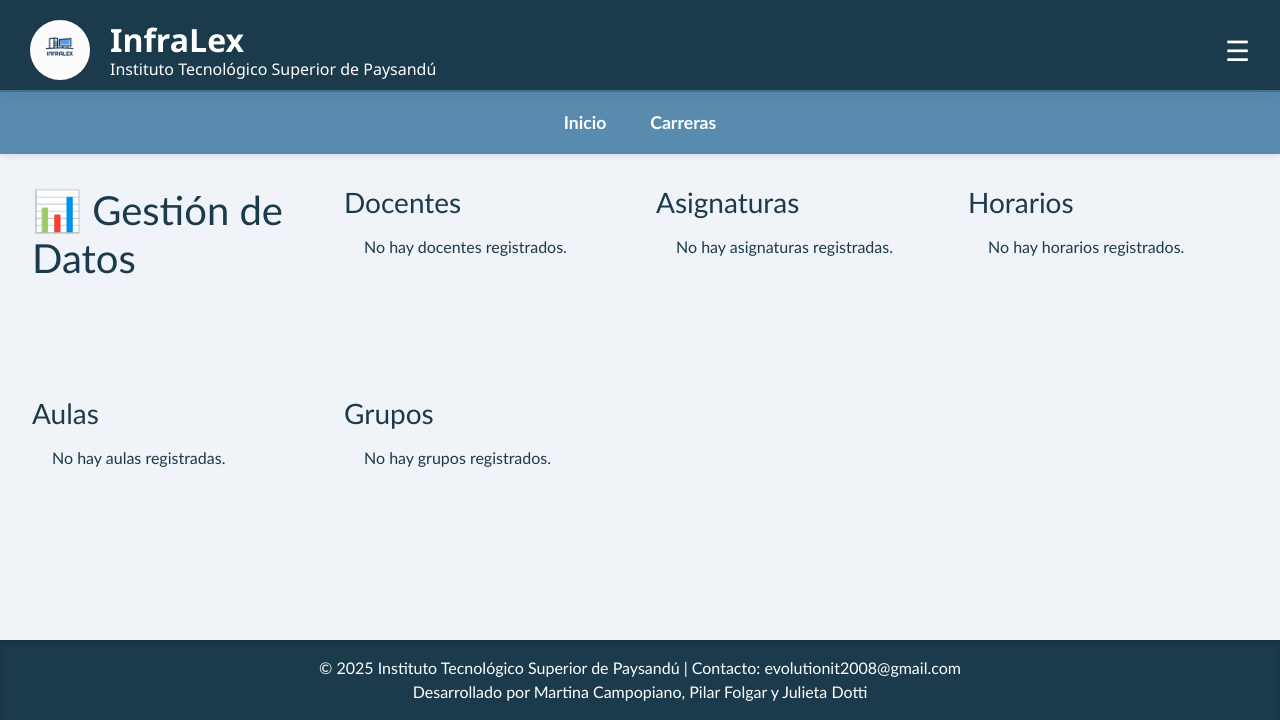
Repository: pilarfolgar/PROYECTO-2025
Page: http://localhost/PROYECTO-2025/indexadministrativoDatos.php
These files come from the project's save history. The page is drawn as it stood at one moment and after the next save; the edit follows.
The browser window is 1280 px wide. The pictures show the whole page.
The page is run by PHP 8.4 with error messages shown; the project is at /var/www/html/. Queries for data that is not in the repository find no rows.

Above is the page before, as saved 2025-10-20 08:12:08.

### indexadministrativoDatos.php
<?php
session_start();
require("conexion.php");
$con = conectar_bd();
?>

<!DOCTYPE html>
<html lang="es">
<head>
  <meta charset="UTF-8">
  <meta name="viewport" content="width=device-width, initial-scale=1.0">
  <title>Panel Administrativo - Gestión de Datos</title>
  <link rel="stylesheet" href="https://cdn.jsdelivr.net/npm/bootstrap@5.3.7/dist/css/bootstrap.min.css">
  <link rel="stylesheet" href="style.css">
      <link rel="stylesheet" href="styleindexadministrativo.css">

  <script src="https://cdn.jsdelivr.net/npm/bootstrap@5.3.7/dist/js/bootstrap.bundle.min.js"></script>
  <script src="https://cdn.jsdelivr.net/npm/sweetalert2@11"></script>
</head>
<body>
<?php require("header.php"); ?>

<main class="contenedor">
  <h1 class="mb-4">📊 Gestión de Datos</h1>

  <!-- DOCENTES -->
  <section class="mb-5">
    <h3>Docentes</h3>
    <?php
    $sql = "SELECT * FROM usuario WHERE rol='docente' ORDER BY nombrecompleto";
    $result = $con->query($sql);
    if($result && $result->num_rows > 0):
    ?>
    <div class="table-responsive">
      <table class="table table-bordered table-striped">
        <thead class="table-dark">
          <tr>
            <th>Cédula</th>
            <th>Nombre</th>
            <th>Apellido</th>
            <th>Email</th>
            <th>Teléfono</th>
            <th>Acciones</th>
          </tr>
        </thead>
        <tbody>
        <?php while($row = $result->fetch_assoc()): ?>
          <tr>
            <td><?= $row['cedula'] ?></td>
            <td><?= htmlspecialchars($row['nombrecompleto']) ?></td>
            <td><?= htmlspecialchars($row['apellido']) ?></td>
            <td><?= htmlspecialchars($row['email']) ?></td>
            <td><?= htmlspecialchars($row['telefono']) ?></td>
            <td>
              <a href="editar-docente.php?cedula=<?= $row['cedula'] ?>" class="btn btn-sm btn-primary">Editar</a>
              <a href="eliminar-docente.php?cedula=<?= $row['cedula'] ?>" class="btn btn-sm btn-danger" onclick="return confirm('¿Seguro que deseas eliminar este docente?');">Eliminar</a>
            </td>
          </tr>
        <?php endwhile; ?>
        </tbody>
      </table>
    </div>
    <?php else: ?>
      <p>No hay docentes registrados.</p>
    <?php endif; ?>
  </section>

  <!-- ASIGNATURAS -->
  <section class="mb-5">
    <h3>Asignaturas</h3>
    <?php
    $sql = "SELECT a.*, GROUP_CONCAT(u.nombrecompleto,' ',u.apellido SEPARATOR ', ') AS docentes_asignados
            FROM asignatura a
            LEFT JOIN docente_asignatura da ON a.id_asignatura = da.id_asignatura
            LEFT JOIN usuario u ON da.cedula_docente = u.cedula
            GROUP BY a.id_asignatura
            ORDER BY a.nombre";
    $result = $con->query($sql);
    if($result && $result->num_rows > 0):
    ?>
    <div class="table-responsive">
      <table class="table table-bordered table-striped">
        <thead class="table-dark">
          <tr>
            <th>ID</th>
            <th>Nombre</th>
            <th>Código</th>
            <th>Docentes</th>
            <th>Acciones</th>
          </tr>
        </thead>
        <tbody>
        <?php while($row = $result->fetch_assoc()): ?>
          <tr>
            <td><?= $row['id_asignatura'] ?></td>
            <td><?= htmlspecialchars($row['nombre']) ?></td>
            <td><?= htmlspecialchars($row['codigo']) ?></td>
            <td><?= htmlspecialchars($row['docentes_asignados'] ?? '—') ?></td>
            <td>
              <a href="editar-asignatura.php?id=<?= $row['id_asignatura'] ?>" class="btn btn-sm btn-primary">Editar</a>
              <a href="eliminar-asignatura.php?id=<?= $row['id_asignatura'] ?>" class="btn btn-sm btn-danger" onclick="return confirm('¿Seguro que deseas eliminar esta asignatura?');">Eliminar</a>
            </td>
          </tr>
        <?php endwhile; ?>
        </tbody>
      </table>
    </div>
    <?php else: ?>
      <p>No hay asignaturas registradas.</p>
    <?php endif; ?>
  </section>

  <!-- HORARIOS -->
  <section class="mb-5">
    <h3>Horarios</h3>
    <?php
    $sql = "SELECT h.*, a.nombre AS asignatura, g.nombre AS grupo
            FROM horarios h
            LEFT JOIN asignatura a ON h.id_asignatura = a.id_asignatura
            LEFT JOIN grupo g ON h.id_grupo = g.id_grupo
            ORDER BY h.dia, h.hora_inicio";
    $result = $con->query($sql);
    if($result && $result->num_rows > 0):
    ?>
    <div class="table-responsive">
      <table class="table table-bordered table-striped">
        <thead class="table-dark">
          <tr>
            <th>ID</th>
            <th>Asignatura</th>
            <th>Día</th>
            <th>Hora Inicio</th>
            <th>Hora Fin</th>
            <th>Grupo</th>
            <th>Clase</th>
            <th>Aula</th>
            <th>Acciones</th>
          </tr>
        </thead>
        <tbody>
        <?php while($row = $result->fetch_assoc()): ?>
          <tr>
            <td><?= $row['id_horario'] ?></td>
            <td><?= htmlspecialchars($row['asignatura'] ?? '—') ?></td>
            <td><?= $row['dia'] ?></td>
            <td><?= $row['hora_inicio'] ?></td>
            <td><?= $row['hora_fin'] ?></td>
            <td><?= htmlspecialchars($row['grupo'] ?? '—') ?></td>
            <td><?= htmlspecialchars($row['clase']) ?></td>
            <td><?= htmlspecialchars($row['aula']) ?></td>
            <td>
              <a href="editar-horario.php?id=<?= $row['id_horario'] ?>" class="btn btn-sm btn-primary">Editar</a>
              <a href="eliminar-horario.php?id=<?= $row['id_horario'] ?>" class="btn btn-sm btn-danger" onclick="return confirm('¿Seguro que deseas eliminar este horario?');">Eliminar</a>
            </td>
          </tr>
        <?php endwhile; ?>
        </tbody>
      </table>
    </div>
    <?php else: ?>
      <p>No hay horarios registrados.</p>
    <?php endif; ?>
  </section>

  <!-- AULAS -->
<section class="mb-5">
  <h3>Aulas</h3>
  <?php
  $sql = "SELECT a.*,
                 GROUP_CONCAT(r.nombre SEPARATOR ', ') AS recursos
          FROM aula a
          LEFT JOIN aula_recurso ar ON a.id_aula = ar.id_aula
          LEFT JOIN recurso r ON ar.id_recurso = r.id_recurso
          GROUP BY a.id_aula
          ORDER BY a.codigo";
  $result = $con->query($sql);
  if($result && $result->num_rows > 0):
  ?>
  <div class="table-responsive">
    <table class="table table-bordered table-striped">
      <thead class="table-dark">
        <tr>
          <th>Código</th>
          <th>Capacidad</th>
          <th>Ubicación</th>
          <th>Tipo</th>
          <th>Recursos</th>
          <th>Acciones</th>
        </tr>
      </thead>
      <tbody>
      <?php while($row = $result->fetch_assoc()): ?>
        <tr>
          <td><?= htmlspecialchars($row['codigo']) ?></td>
          <td><?= htmlspecialchars($row['capacidad']) ?></td>
          <td><?= htmlspecialchars($row['ubicacion']) ?></td>
          <td><?= htmlspecialchars($row['tipo']) ?></td>
          <td><?= htmlspecialchars($row['recursos'] ?? '—') ?></td>
          <td>
            <a href="editar-aula.php?codigo=<?= urlencode($row['codigo']) ?>" class="btn btn-sm btn-primary">Editar</a>
            <a href="eliminar-aula.php?codigo=<?= urlencode($row['codigo']) ?>" class="btn btn-sm btn-danger" onclick="return confirm('¿Seguro que deseas eliminar esta aula?');">Eliminar</a>
          </td>
        </tr>
      <?php endwhile; ?>
      </tbody>
    </table>
  </div>
  <?php else: ?>
    <p>No hay aulas registradas.</p>
  <?php endif; ?>
</section>


  <!-- GRUPOS -->
  <section class="mb-5">
    <h3>Grupos</h3>
    <?php
    $sql = "SELECT g.*, GROUP_CONCAT(a.nombre SEPARATOR ', ') AS asignaturas
            FROM grupo g
            LEFT JOIN grupo_asignatura ga ON g.id_grupo = ga.id_grupo
            LEFT JOIN asignatura a ON ga.id_asignatura = a.id_asignatura
            GROUP BY g.id_grupo
            ORDER BY g.nombre";
    $result = $con->query($sql);
    if($result && $result->num_rows > 0):
    ?>
    <div class="table-responsive">
      <table class="table table-bordered table-striped">
        <thead class="table-dark">
          <tr>
            <th>ID</th>
            <th>Nombre</th>
            <th>Orientación</th>
            <th>Cant. Estudiantes</th>
            <th>Asignaturas</th>
            <th>Acciones</th>
          </tr>
        </thead>
        <tbody>
        <?php while($row = $result->fetch_assoc()): ?>
          <tr>
            <td><?= $row['id_grupo'] ?></td>
            <td><?= htmlspecialchars($row['nombre']) ?></td>
            <td><?= htmlspecialchars($row['orientacion']) ?></td>
            <td><?= $row['cantidad_estudiantes'] ?></td>
            <td><?= htmlspecialchars($row['asignaturas'] ?? '—') ?></td>
            <td>
              <a href="editar-grupo.php?id=<?= $row['id_grupo'] ?>" class="btn btn-sm btn-primary">Editar</a>
              <a href="eliminar-grupo.php?id=<?= $row['id_grupo'] ?>" class="btn btn-sm btn-danger" onclick="return confirm('¿Seguro que deseas eliminar este grupo?');">Eliminar</a>
            </td>
          </tr>
        <?php endwhile; ?>
        </tbody>
      </table>
    </div>
    <?php else: ?>
      <p>No hay grupos registrados.</p>
    <?php endif; ?>
  </section>

</main>

<?php require("footer.php"); ?>
</body>
</html>

### conexion.php
<?php

//definir variables de conexion

function conectar_bd(){

 $servidor = "127.0.0.1:3307";
$bd = "db_evolutionit";
$usuario = "root";
$pass = "";

//definir la conexion usando las variables.

$conn = mysqli_connect($servidor, $usuario, $pass, $bd);


// Comprobar la conexión
if (!$conn) {
    die("Error de conexion " . mysqli_connect_error());
}
/*echo "Conectado correctamente <hr>";*/

//devuelvo la conexion
return $conn;

}


$con= conectar_bd();

### header.php
<!-- HEADER -->
<header style="display:flex;justify-content:space-between;align-items:center;background:#1B3A4B;color:white;padding:20px 30px;position:relative; height:90px;">
  <div style="display:flex;align-items:center;gap:20px;">
    <!-- Logo redondo -->
    <img src="imagenes/logopoyecto.png" alt="Logo" style="height:60px;width:60px;border-radius:50%;">
    <!-- Título -->
    <div>
      <h1 style="margin:0;font-size:32px;font-family:'Segoe UI',sans-serif;font-weight:bold;">InfraLex</h1>
      <h6 style="margin:0;font-size:16px;font-family:'Segoe UI',sans-serif;font-weight:normal;">Instituto Tecnológico Superior de Paysandú</h6>
    </div>
  </div>
  <div style="display:flex;align-items:center;gap:15px;position:relative;">
    <!-- Botón menú desplegable -->
    <button id="menuBtn" style="font-size:28px;background:none;border:none;color:white;cursor:pointer;">☰</button>
  </div>
</header>

<!-- NAV ABAJO -->
<nav style="display:flex;justify-content:center;gap:20px;background:#588BAE;padding:12px;border-top:2px solid #417899;">
  <a href="index.php" style="color:white;text-decoration:none;padding:6px 12px;">Inicio</a>
  <a href="" style="color:white;text-decoration:none;padding:6px 12px;">Carreras</a>
</nav>

<!-- MENÚ DESPLEGABLE -->
<div id="menu" style="display:none;position:absolute;top:90px;right:30px;background:#417899;padding:12px;border-radius:8px;flex-direction:column;">
  <a href="logout.php" style="color:white;text-decoration:none;padding:8px;display:block;">Log Out</a>
  <a href="perfil.php" style="color:white;text-decoration:none;padding:8px;display:block;">Mi Perfil</a>
</div>

<script>
  // Desplegar o cerrar menú
  const btnMenu = document.getElementById('menuBtn');
  const menu = document.getElementById('menu');
  btnMenu.onclick = () => menu.style.display = menu.style.display === 'flex' ? 'none' : 'flex';
</script>

### footer.php
<?php
?>
<footer class="footer">
    &copy; 2025 Instituto Tecnológico Superior de Paysandú | Contacto: evolutionit2008@gmail.com <br>
    Desarrollado por Martina Campopiano, Pilar Folgar y Julieta Dotti
</footer>

### styleindexadministrativo.css
/* ---------------- CONTENEDOR Y TARJETAS GENERALES ---------------- */
.contenedor {
  display: grid;
  grid-template-columns: repeat(auto-fit, minmax(250px, 1fr));
  gap: 2rem;
  padding: 2rem;
}

.tarjeta {
  background-color: white;
  border-radius: 12px;
  box-shadow: 0 2px 6px rgba(0, 0, 0, 0.05);
  padding: 1.5rem;
  transition: transform 0.3s, box-shadow 0.3s;
}

.tarjeta:hover {
  transform: translateY(-8px) scale(1.02);
  box-shadow: 0 12px 24px rgba(0, 0, 0, 0.1), 0 4px 12px rgba(0, 0, 0, 0.08);
}

.tarjeta h3 {
  color: var(--primario);
  margin-bottom: 0.5rem;
}

/* ---------------- BOTONES ---------------- */
.boton {
  margin-top: 1rem;
  background-color: var(--acento);
  color: var(--texto);
  padding: 0.5rem 1rem;
  border: none;
  border-radius: 6px;
  text-decoration: none;
  font-weight: bold;
  cursor: pointer;
  transition: background 0.3s, transform 0.2s;
  display: inline-block;
}

.boton:hover {
  background-color: var(--hover);
  transform: translateY(-2px);
}

/* ---------------- MODALES ---------------- */
.modal-content {
  border-radius: 15px;
}

.modal-header {
  background: #343a40;
  color: white;
}

.modal-footer .btn-secondary {
  background-color: var(--secundario);
  border-color: var(--secundario);
  color: white;
}

.modal-footer .btn-secondary:hover {
  background-color: var(--hover);
  border-color: var(--hover);
}

/* ---------------- FORMULARIOS ADMINISTRATIVOS ---------------- */
.formulario {
  position: fixed;
  top: 50%;
  left: 50%;
  transform: translate(-50%, -50%);
  background: #fff;
  padding: 2rem;
  border-radius: 10px;
  width: 90%;
  max-width: 400px;
  display: none;
  z-index: 1000;
}

.formulario .form-title {
  color: var(--primario);
  font-weight: bold;
  margin-bottom: 1.5rem;
  text-align: center;
}

.formulario .cerrar {
  position: absolute;
  top: 10px;
  right: 10px;
  background: none;
  border: none;
  font-size: 1.2rem;
  cursor: pointer;
}

.formulario form .form-control,
.formulario form .form-select {
  border: 1px solid var(--secundario);
  border-radius: 6px;
  padding: 0.75rem;
  background-color: white;
  color: var(--texto);
  transition: border-color 0.3s, box-shadow 0.3s;
}

.formulario form .form-control:focus,
.formulario form .form-select:focus {
  border-color: var(--hover);
  box-shadow: 0 0 0 0.2rem rgba(89, 139, 174, 0.25);
  outline: none;
}

Loaded but not shown: style.css (905 lines, source omitted)

After the next save:
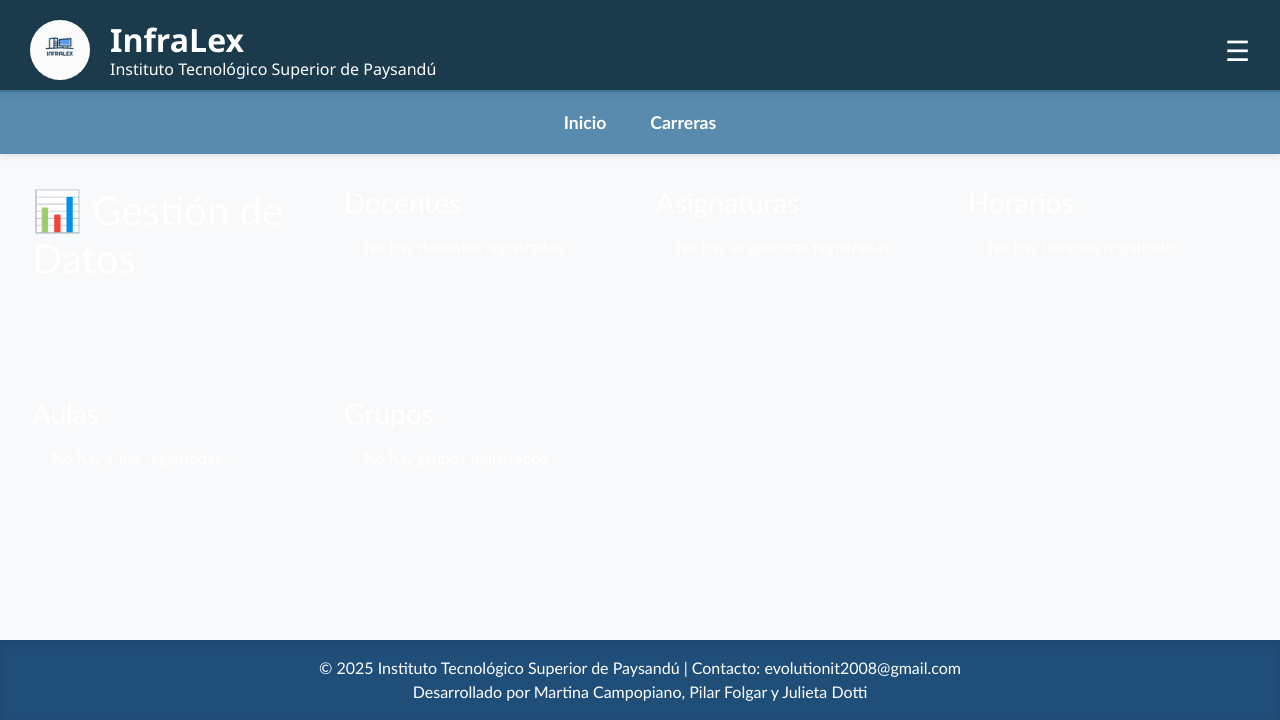
Saved 80 s later.
--- a/styleindexadministrativo.css
+++ b/styleindexadministrativo.css
@@ -1,4 +1,22 @@
-/* ---------------- CONTENEDOR Y TARJETAS GENERALES ---------------- */
+/* ---------------- VARIABLES DE COLORES ---------------- */
+:root {
+  --primario: #1f4e79;      /* Color principal */
+  --secundario: #f0ad4e;    /* Color secundario */
+  --acento: #5a8fb0;        /* Botones o destacados */
+  --hover: #3b7d9a;         /* Hover de botones */
+  --texto: #ffffff;          /* Texto sobre botones/acento */
+  --fondo: #f8f9fa;         /* Fondo general */
+}
+
+/* ---------------- ESTILO GENERAL ---------------- */
+body {
+  font-family: 'Arial', sans-serif;
+  background-color: var(--fondo);
+  margin: 0;
+  padding: 0;
+}
+
+/* ---------------- CONTENEDOR Y TARJETAS ---------------- */
 .contenedor {
   display: grid;
   grid-template-columns: repeat(auto-fit, minmax(250px, 1fr));
@@ -50,7 +68,7 @@
 }
 
 .modal-header {
-  background: #343a40;
+  background: var(--primario);
   color: white;
 }
 
@@ -103,7 +121,7 @@
   border-radius: 6px;
   padding: 0.75rem;
   background-color: white;
-  color: var(--texto);
+  color: #000;
   transition: border-color 0.3s, box-shadow 0.3s;
 }
 

After the save that followed:
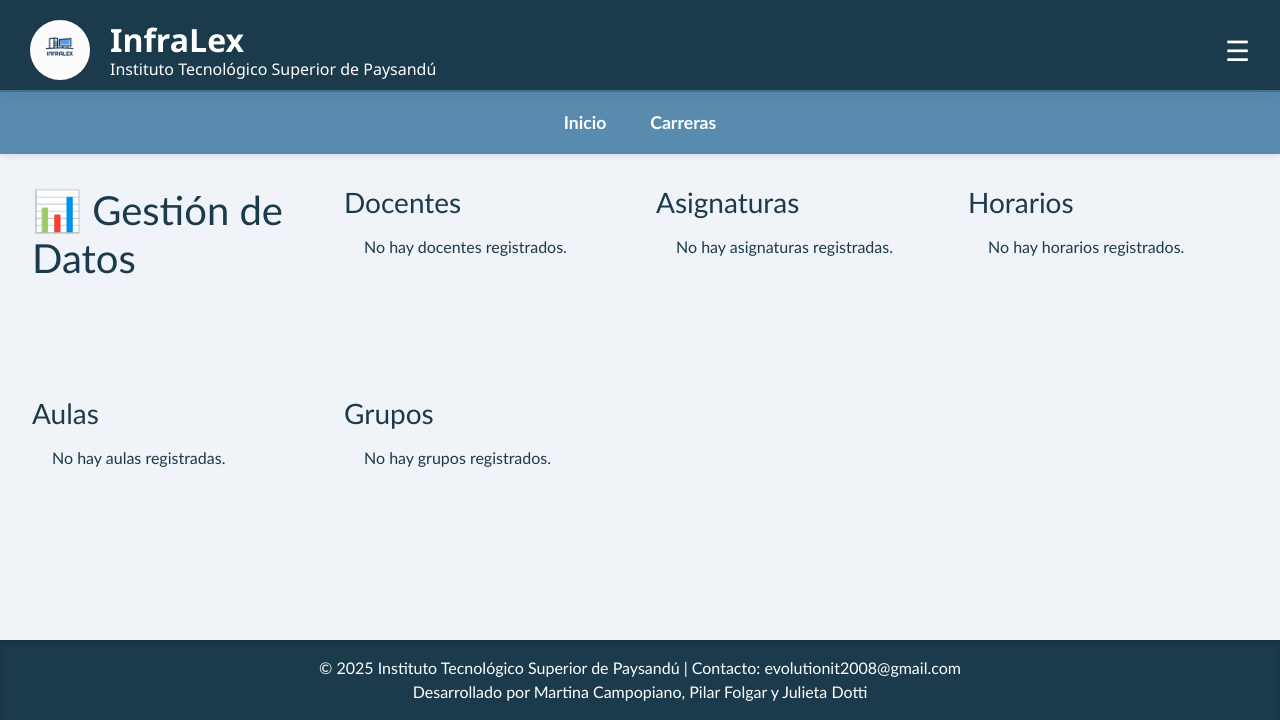
Saved 19 s later.
--- a/styleindexadministrativo.css
+++ b/styleindexadministrativo.css
@@ -1,22 +1,4 @@
-/* ---------------- VARIABLES DE COLORES ---------------- */
-:root {
-  --primario: #1f4e79;      /* Color principal */
-  --secundario: #f0ad4e;    /* Color secundario */
-  --acento: #5a8fb0;        /* Botones o destacados */
-  --hover: #3b7d9a;         /* Hover de botones */
-  --texto: #ffffff;          /* Texto sobre botones/acento */
-  --fondo: #f8f9fa;         /* Fondo general */
-}
-
-/* ---------------- ESTILO GENERAL ---------------- */
-body {
-  font-family: 'Arial', sans-serif;
-  background-color: var(--fondo);
-  margin: 0;
-  padding: 0;
-}
-
-/* ---------------- CONTENEDOR Y TARJETAS ---------------- */
+/* ---------------- CONTENEDOR Y TARJETAS GENERALES ---------------- */
 .contenedor {
   display: grid;
   grid-template-columns: repeat(auto-fit, minmax(250px, 1fr));
@@ -68,7 +50,7 @@
 }
 
 .modal-header {
-  background: var(--primario);
+  background: #343a40;
   color: white;
 }
 
@@ -121,7 +103,7 @@
   border-radius: 6px;
   padding: 0.75rem;
   background-color: white;
-  color: #000;
+  color: var(--texto);
   transition: border-color 0.3s, box-shadow 0.3s;
 }
 
